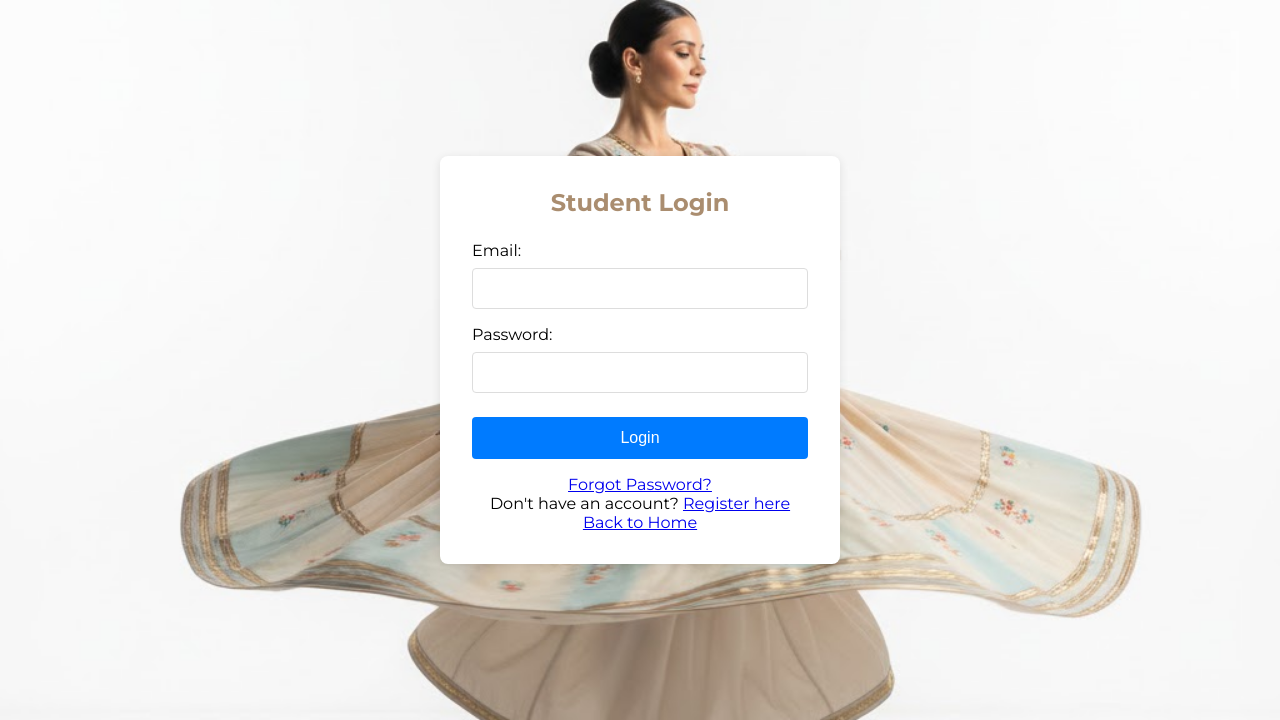
Repository: Priyadharshini-J-CSE/StepSync_Dance_Mangement_System
Page: /user-login (app in frontend/)
These files come from the project's save history. The page is drawn as it stood at one moment and after the next save; the edit follows.
The browser window is 1280 px wide. The pictures show the whole page.
Some web fonts or font styles are not loaded; a fallback is used. Some web libraries are served in a nearby version. The project was rebuilt for these pictures with package versions that can differ from the ones it lists, and the page was loaded fresh each time. Also part of the build but not shown: frontend/src/index.css, frontend/src/pages/LandingPage.js, frontend/src/components/Alert.js, frontend/src/pages/AdminLogin.js, frontend/src/utils/passwordValidation.js, frontend/src/pages/UserRegister.js, frontend/src/pages/AdminRegister.js, frontend/src/pages/ForgotPassword.js and 18 more.

Above is the page before, as saved 2025-12-18 09:55:20.

### frontend/public/index.html
<!DOCTYPE html>
<html lang="en">
  <head>
    <meta charset="utf-8" />
    <meta name="viewport" content="width=device-width, initial-scale=1" />
    <title>Zumba Class Management</title>
    <link rel="preconnect" href="https://fonts.googleapis.com">
    <link rel="preconnect" href="https://fonts.gstatic.com" crossorigin>
    <link href="https://fonts.googleapis.com/css2?family=Alumni+Sans+Pinstripe:ital@0;1&family=Anta&family=Josefin+Sans:ital,wght@0,100..700;1,100..700&family=Metamorphous&family=Montserrat:ital,wght@0,100..900;1,100..900&family=Pangolin&family=Roboto:ital,wght@0,100..900;1,100..900&family=Rubik:ital,wght@0,300..900;1,300..900&display=swap" rel="stylesheet">
    <link rel="stylesheet" href="https://cdnjs.cloudflare.com/ajax/libs/font-awesome/6.5.1/css/all.min.css" crossorigin="anonymous">
    <script src="https://kit.fontawesome.com/a076d05399.js" crossorigin="anonymous"></script>
    <style>
      * { margin: 0; padding: 0; box-sizing: border-box; }
      body { font-family: 'Montserrat', sans-serif; }
    </style>
  </head>
  <body>
    <div id="root"></div>
  </body>
</html>

### frontend/src/App.js
import React from 'react';
import { BrowserRouter as Router, Routes, Route, Navigate } from 'react-router-dom';
import { AuthProvider, useAuth } from './context/AuthContext';
import LandingPage from './pages/LandingPage';
import UserLogin from './pages/UserLogin';
import AdminLogin from './pages/AdminLogin';
import UserRegister from './pages/UserRegister';
import AdminRegister from './pages/AdminRegister';
import ForgotPassword from './pages/ForgotPassword';
import AdminDashboard from './pages/admin/AdminDashboard';
import UserDashboard from './pages/user/UserDashboard';

const ProtectedRoute = ({ children, requiredRole }) => {
  const { user, loading } = useAuth();

  if (loading) return <div>Loading...</div>;
  if (!user) return <Navigate to="/" />;
  if (requiredRole && user.role !== requiredRole) return <Navigate to="/" />;

  return children;
};

function App() {
  return (
    <AuthProvider>
      <Router>
        <div style={{ minHeight: '100vh', backgroundColor: '#fff6e9' }}>
          <Routes>
            <Route path="/" element={<LandingPage />} />
            <Route path="/user-login" element={<UserLogin />} />
            <Route path="/admin-login" element={<AdminLogin />} />
            <Route path="/user-register" element={<UserRegister />} />
            <Route path="/admin-register" element={<AdminRegister />} />
            <Route path="/forgot-password" element={<ForgotPassword />} />
            <Route
              path="/admin/*"
              element={
                <ProtectedRoute requiredRole="admin">
                  <AdminDashboard />
                </ProtectedRoute>
              }
            />
            <Route
              path="/user/*"
              element={
                <ProtectedRoute requiredRole="user">
                  <UserDashboard />
                </ProtectedRoute>
              }
            />
          </Routes>
        </div>
      </Router>
    </AuthProvider>
  );
}

export default App;

### frontend/src/context/AuthContext.js
import React, { createContext, useContext, useState, useEffect } from 'react';
import axios from 'axios';

const AuthContext = createContext();

export const useAuth = () => useContext(AuthContext);

export const AuthProvider = ({ children }) => {
  const [user, setUser] = useState(null);
  const [loading, setLoading] = useState(true);

  useEffect(() => {
    const token = localStorage.getItem('token');
    if (token) {
      axios.defaults.headers.common['Authorization'] = `Bearer ${token}`;
      fetchUser();
    } else {
      setLoading(false);
    }
  }, []);

  const fetchUser = async () => {
    try {
      const response = await axios.get('/api/auth/me');
      setUser(response.data);
    } catch (error) {
      localStorage.removeItem('token');
      delete axios.defaults.headers.common['Authorization'];
    }
    setLoading(false);
  };

  const login = async (email, password) => {
    const response = await axios.post('/api/auth/login', { email, password });
    const { token, user } = response.data;

    localStorage.setItem('token', token);
    axios.defaults.headers.common['Authorization'] = `Bearer ${token}`;
    setUser(user);

    return user;
  };

  const register = async (userData) => {
    const response = await axios.post('/api/auth/register', userData);
    const { token, user } = response.data;

    localStorage.setItem('token', token);
    axios.defaults.headers.common['Authorization'] = `Bearer ${token}`;
    setUser(user);

    return user;
  };

  const logout = () => {
    localStorage.removeItem('token');
    delete axios.defaults.headers.common['Authorization'];
    setUser(null);
  };

  const value = {
    user,
    login,
    register,
    logout,
    loading
  };

  return (
    <AuthContext.Provider value={value}>
      {children}
    </AuthContext.Provider>
  );
};

### frontend/src/pages/UserLogin.js
import React, { useState } from 'react';
import { useNavigate, Link } from 'react-router-dom';
import { useAuth } from '../context/AuthContext';
import Alert from '../components/Alert';

const UserLogin = () => {
  const [formData, setFormData] = useState({ email: '', password: '' });
  const [loading, setLoading] = useState(false);
  const [alert, setAlert] = useState(null);
  const { login } = useAuth();
  const navigate = useNavigate();

  const handleSubmit = async (e) => {
    e.preventDefault();
    setLoading(true);

    try {
      const user = await login(formData.email, formData.password);
      if (user.role !== 'user') {
        setAlert({ message: 'Please use admin login portal', type: 'error' });
        setLoading(false);
        return;
      }
      navigate('/user');
    } catch (error) {
      setAlert({ message: error.response?.data?.message || 'Login failed', type: 'error' });
    }
    setLoading(false);
  };

  return (
    <div style={{
      display: 'flex',
      justifyContent: 'center',
      alignItems: 'center',
      minHeight: '100vh',
      backgroundImage: 'url(/image4.png)',
      backgroundSize: 'cover',
      backgroundPosition: 'center',
      backgroundAttachment: 'fixed'
    }}>
      <form onSubmit={handleSubmit} style={{
        backgroundColor: 'white',
        padding: '2rem',
        borderRadius: '8px',
        boxShadow: '0 2px 10px rgba(0,0,0,0.1)',
        width: '400px'
      }}>
        <h2 style={{ textAlign: 'center', marginBottom: '1.5rem', color: '#aa8d6f' }}>
          Student Login
        </h2>

        {alert && <Alert message={alert.message} type={alert.type} onClose={() => setAlert(null)} />}

        <div style={{ marginBottom: '1rem' }}>
          <label style={{ display: 'block', marginBottom: '0.5rem' }}>Email:</label>
          <input
            type="email"
            value={formData.email}
            onChange={(e) => setFormData({...formData, email: e.target.value})}
            required
            style={{
              width: '100%',
              padding: '0.75rem',
              border: '1px solid #ddd',
              borderRadius: '4px'
            }}
          />
        </div>

        <div style={{ marginBottom: '1.5rem' }}>
          <label style={{ display: 'block', marginBottom: '0.5rem' }}>Password:</label>
          <input
            type="password"
            value={formData.password}
            onChange={(e) => setFormData({...formData, password: e.target.value})}
            required
            style={{
              width: '100%',
              padding: '0.75rem',
              border: '1px solid #ddd',
              borderRadius: '4px'
            }}
          />
        </div>

        <button
          type="submit"
          disabled={loading}
          style={{
            width: '100%',
            padding: '0.75rem',
            backgroundColor: '#007bff',
            color: 'white',
            border: 'none',
            borderRadius: '4px',
            cursor: 'pointer',
            fontSize: '16px'
          }}
        >
          {loading ? 'Logging in...' : 'Login'}
        </button>

        <div style={{ textAlign: 'center', marginTop: '1rem' }}>
          <p><Link to="/forgot-password">Forgot Password?</Link></p>
          <p>Don't have an account? <Link to="/user-register">Register here</Link></p>
          <p><Link to="/">Back to Home</Link></p>
        </div>
      </form>
    </div>
  );
};

export default UserLogin;

Loaded but not shown: frontend/src/index.js (common file)

After the next save:
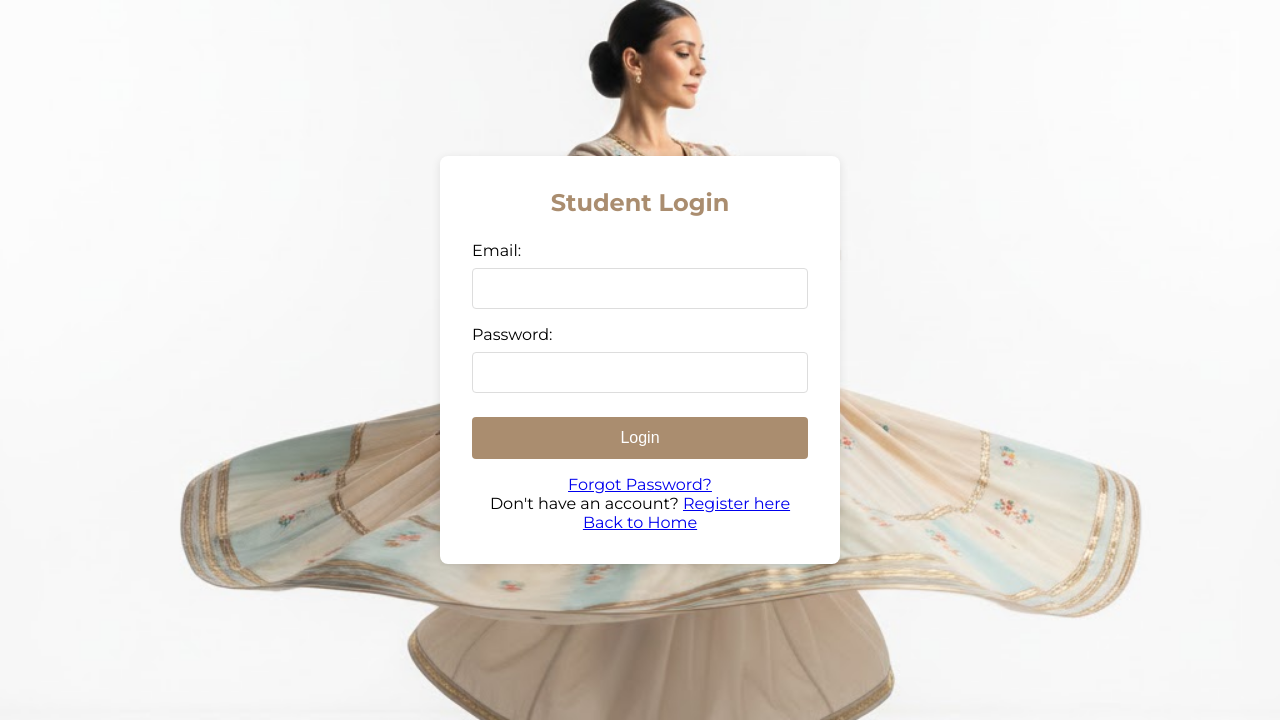
Saved 12 s later.
--- a/frontend/src/pages/UserLogin.js
+++ b/frontend/src/pages/UserLogin.js
@@ -90,7 +90,7 @@ const UserLogin = () => {
           style={{
             width: '100%',
             padding: '0.75rem',
-            backgroundColor: '#007bff',
+            backgroundColor: '#aa8d6f',
             color: 'white',
             border: 'none',
             borderRadius: '4px',
